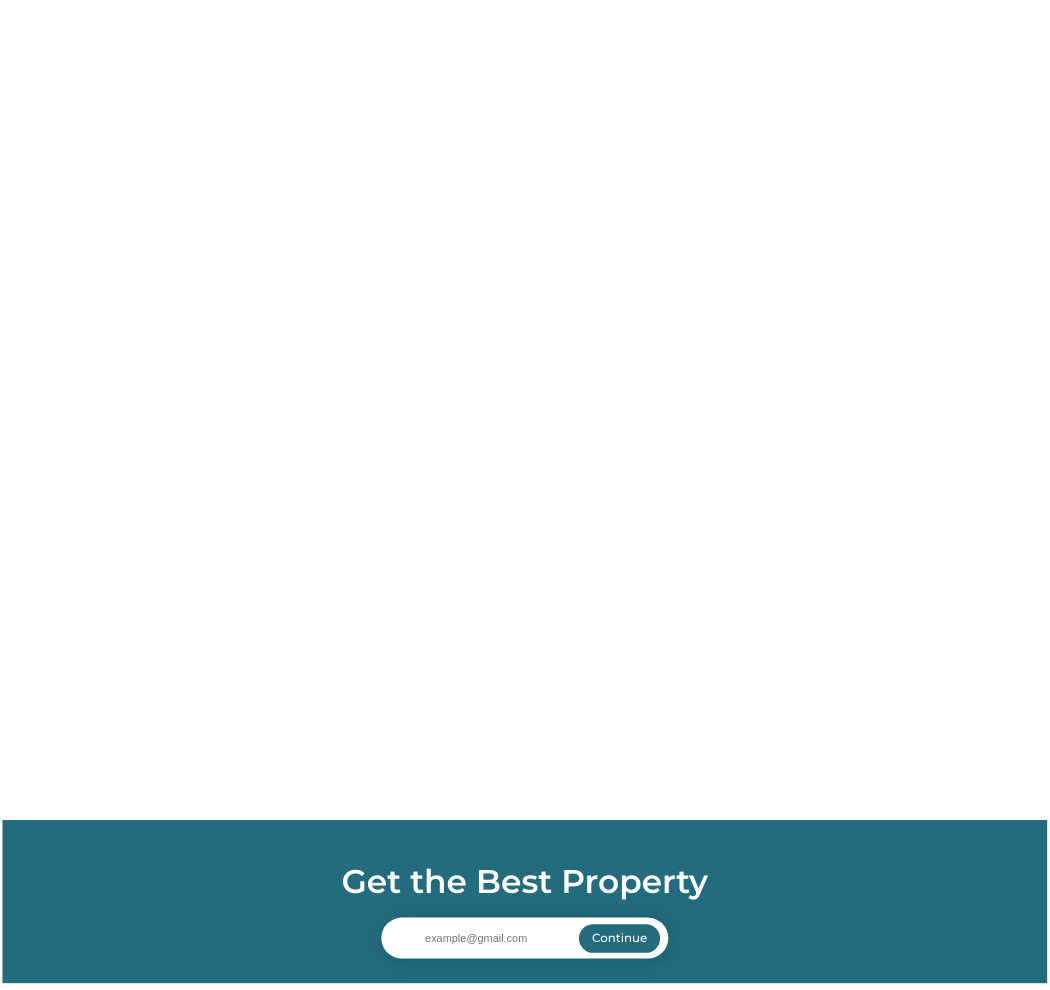
Repository: gabe126679/Mikes-site
Page: /contact
The author's editor kept a copy of each file at every save. The page is drawn from the files as they stood at one save, then again after the next save.
The browser window is 1280 px wide. The pictures show the whole page, at 82% of full size.
Some web libraries are served in a nearby version. The project was rebuilt for these pictures with package versions that can differ from the ones it lists, and the page was loaded fresh each time. Also part of the build but not shown: src/components/Navbar.jsx, src/components/Header.jsx, src/components/Howitworks.jsx, src/components/About.jsx, src/components/Agentbox.jsx, src/components/Agent.jsx, src/components/PageAbout.jsx, src/components/Bproperty.jsx and 4 more.

Above is the page before, as saved 2022-04-19 14:52:47.

After the next save:
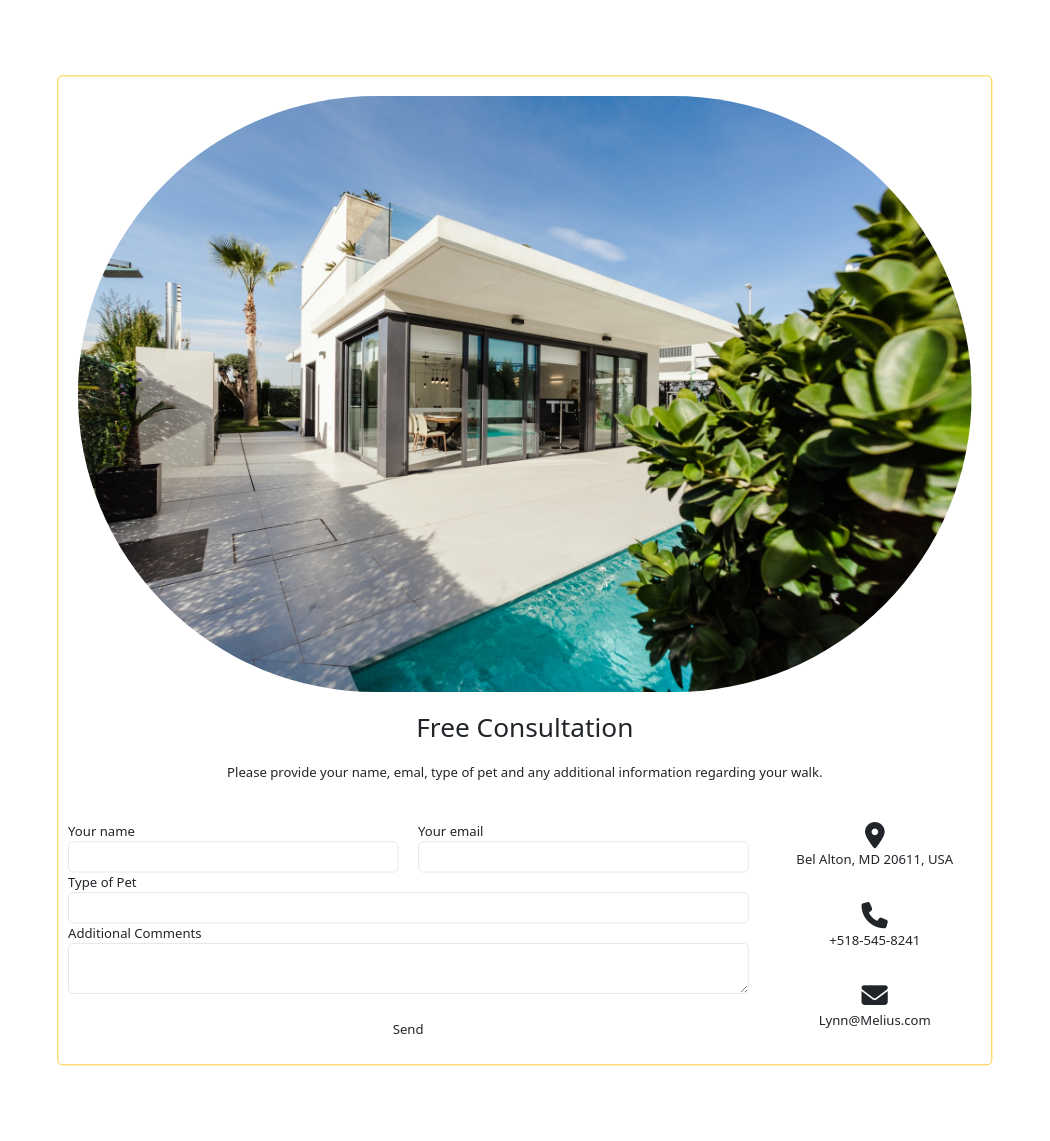
Saved 26 s later.
--- a/src/App.js
+++ b/src/App.js
@@ -5,7 +5,7 @@ import About from './components/About'
 import PageAbout from './components/PageAbout'
 import Agent from './components/Agent'
 import Properties from './components/Properties'
-import Contact from './components/Contact'
+import PageContact from './components/PageContact'
 import All from './components/All'
 import {
   BrowserRouter,
@@ -29,7 +29,7 @@ function App() {
           />
           <Route
             path="/contact"
-            element={<Contact />}
+            element={<PageContact />}
           />
           <Route
             path="/Howitworks"
